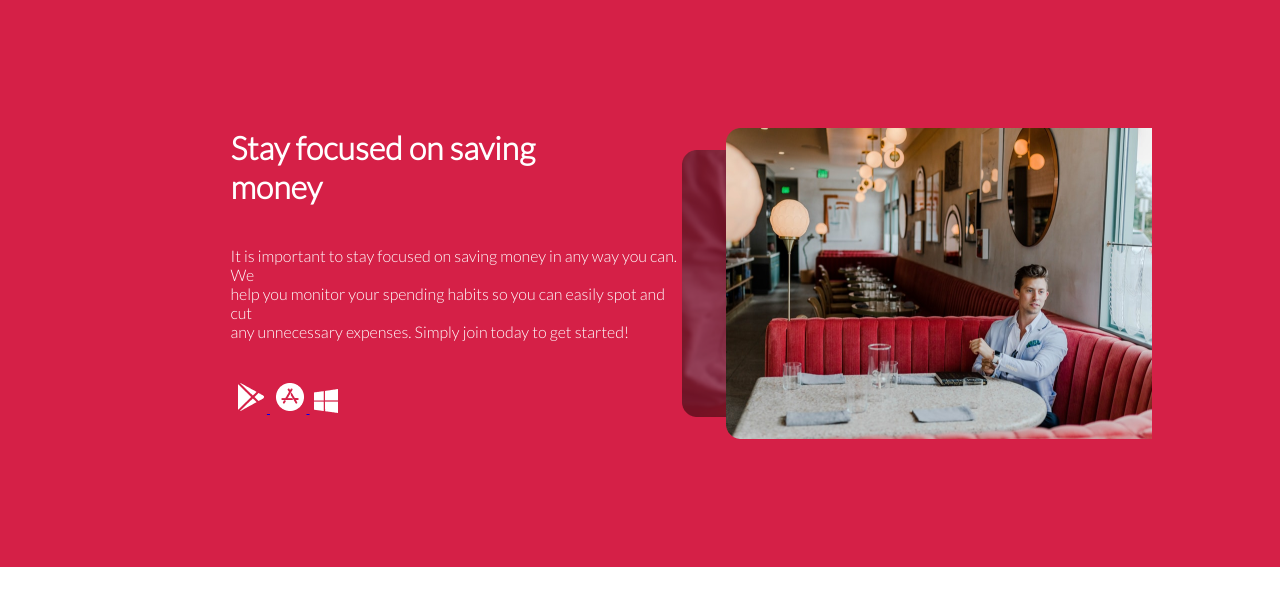
Repository: batonAnton/Cursor_lecture4
Page: index.html
An editor plug-in stored every save of this project. The page is shown before and after the next save, followed by the edit.
The browser window is 1280 px wide. The pictures show the whole page.

Above is the page before, as saved 2022-06-08 14:15:42.

### index.html
<!DOCTYPE html>
<html lang="en">
<head>
    <meta charset="UTF-8">
    <meta http-equiv="X-UA-Compatible" content="IE=edge">
    <meta name="viewport" content="width=device-width, initial-scale=1.0">
    <title>CloudBudget Freebie</title>
    <link rel="preconnect" href="https://fonts.googleapis.com">
    <link rel="preconnect" href="https://fonts.gstatic.com" crossorigin>
    <link href="https://fonts.googleapis.com/css2?family=Lato:wght@300&display=swap" rel="stylesheet">
    <link rel="stylesheet" href="css/style.css">
</head>
<body>
    <header>
        <div class="info-box">
            <h1>Stay focused on saving <br> money</h1>
            <p>It is important to stay focused on saving money in any way you can. We <br> help you monitor your spending habits so you can easily spot and cut <br> any unnecessary expenses. Simply join today to get started!</p>

            <div class="link_source">
                <a href="https://play.google.com/store/games?hl=uk&gl=US">
                    <img src="/image/icon/google_play.png" alt="icon-google">
                </a>
                <a href="https://www.apple.com/ua/app-store/">
                    <img src="/image/icon/apstore.png" alt="icon-apstore">
                </a>
                <a href="https://www.microsoft.com/uk-ua/software-download/windows10">
                    <img src="/image/icon/windows.png" alt="icon-windows">
                </a>
            </div>
        </div>

        <div class="big_img"></div>
    </header>
</body>
</html>

### css/style.css
* {
  font-family: "Lato", sans-serif;
  margin: 0;
  padding: 0;
  box-sizing: border-box;
}

header {
  width: 100%;
  height: 20%;
  padding: 10%;
  color: #ffffff;
  display: inline-flex;
  background-color: #d52047;
}

.info-box {
  width: 50%;
  margin-left: 10%;
}

.info-box p {
  /* width:80% ;   */
  margin: 40px 0;
}

.link_source a{
    padding-left: 1%;
    margin-left: 0;
}

.big_img {
  background-image: url("/image/Photo.png");
  width: 533px;
  height: 311px;
}

After the next save:
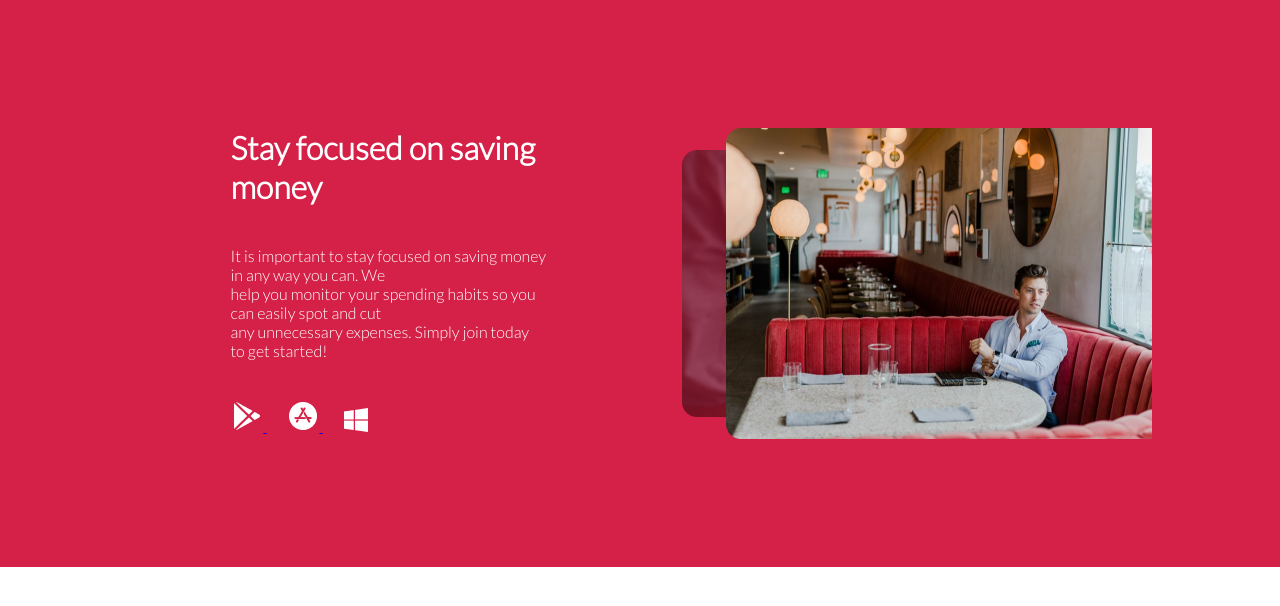
Saved 5 min 28 s later.
--- a/css/style.css
+++ b/css/style.css
@@ -20,13 +20,13 @@ header {
 }
 
 .info-box p {
-  /* width:80% ;   */
+  width:70% ;
   margin: 40px 0;
 }
 
 .link_source a{
-    padding-left: 1%;
-    margin-left: 0;
+    margin-left: -19px;
+    padding: 0 20px;
 }
 
 .big_img {
